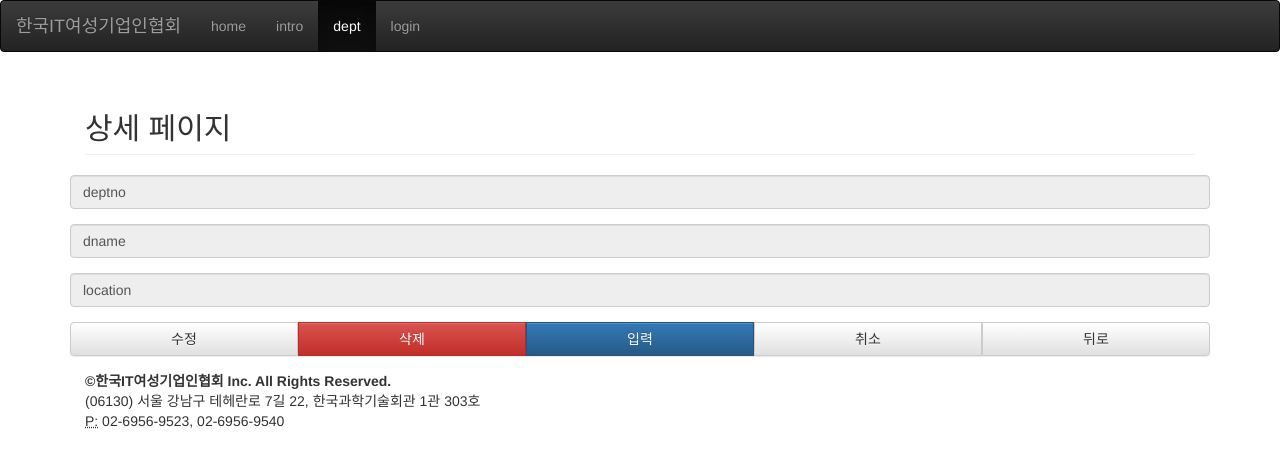
Repository: minho00123/sw-professional-training
Page: http://localhost/sts08/WEB-INF/views/dept/dept.jsp
An editor plug-in stored every save of this project. The page is shown before and after the next save, followed by the edit.
The browser window is 1280 px wide. The pictures show the whole page.
The page is served by Tomcat 9. Nobody is signed in. The template is opened directly, without the code that normally fills it, so the values that code supplies are empty.

Above is the page before, as saved 2025-05-21 03:12:48.
Console error (its wording comes from the project's code and is left out).

After the next save:
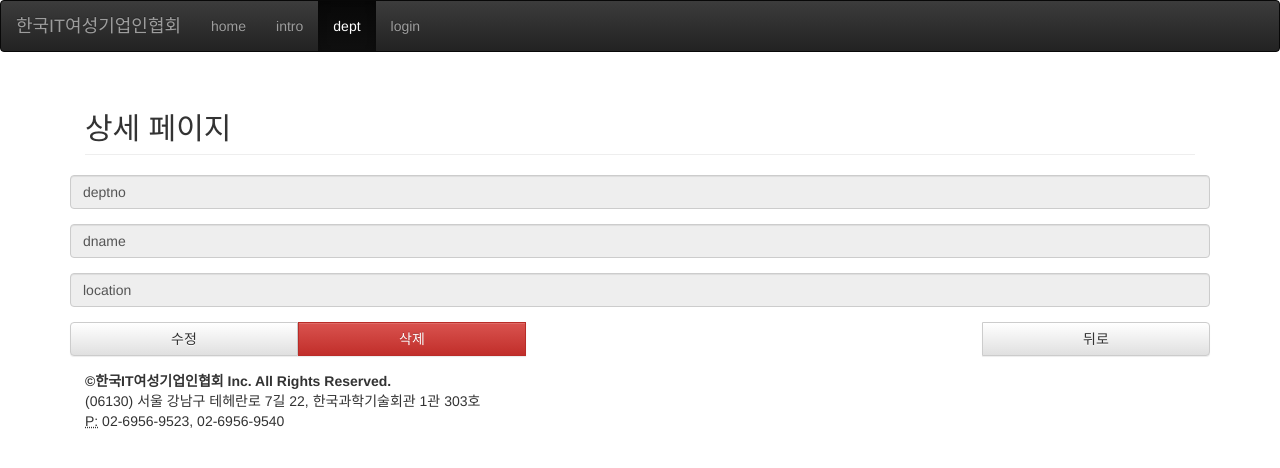
Saved 95 s later.
--- a/stsWorkspace/sts08/src/main/webapp/WEB-INF/views/dept/dept.jsp
+++ b/stsWorkspace/sts08/src/main/webapp/WEB-INF/views/dept/dept.jsp
@@ -43,7 +43,11 @@
 	<%@ include file="../layout/footer.jspf"%>
 	<script type="text/javascript">
 		$(function() {
+			$('form .btn-group>button').eq(0).hide();
+			$('form .btn-group>button').eq(1).hide();
+			$('form .btn-group>a').eq(0).click(function() {
 
+			});
 		});
 	</script>
 </body>
